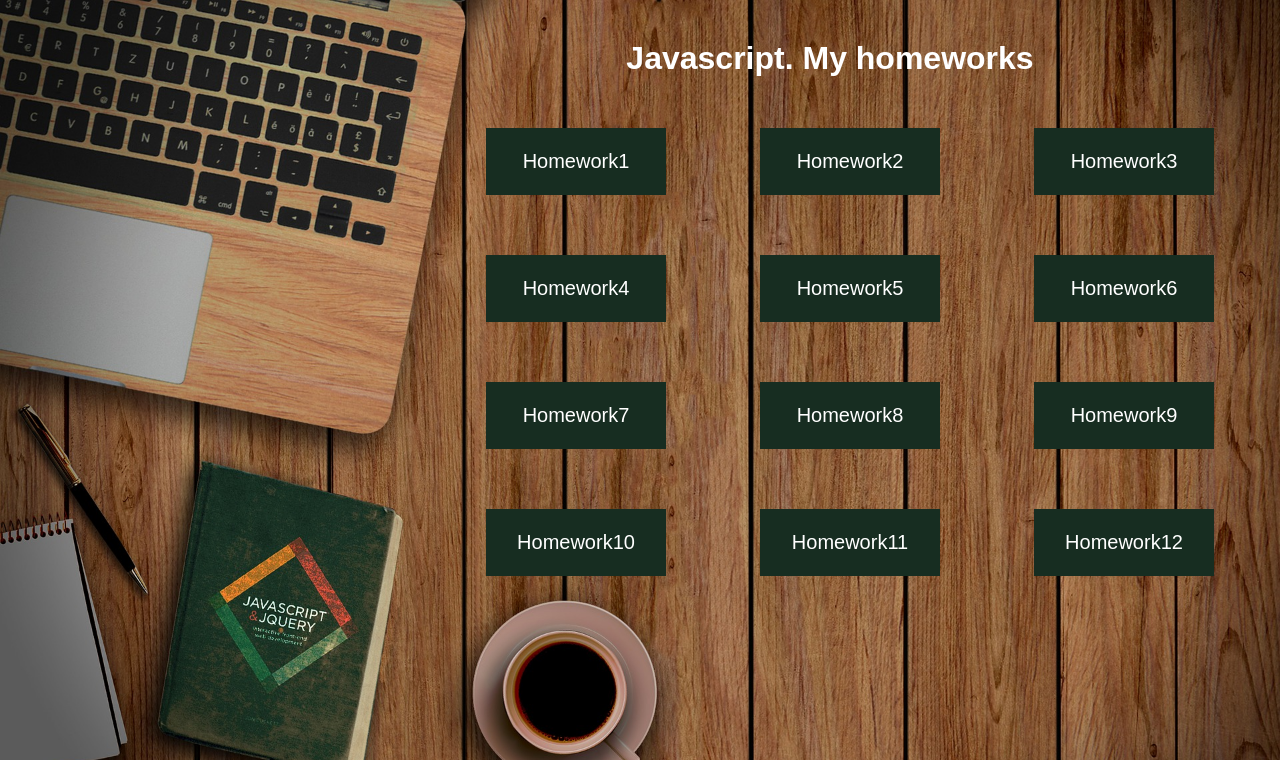
Repository: mariiastetsko/cursor-js-hw
Page: index.html
The author's editor kept a copy of each file at every save. The page is drawn from the files as they stood at one save, then again after a run of saves.
The browser window is 1280 px wide. The pictures show the whole page.

Above is the page before, as saved 2020-07-22 20:52:51.

After the next 3 saves:
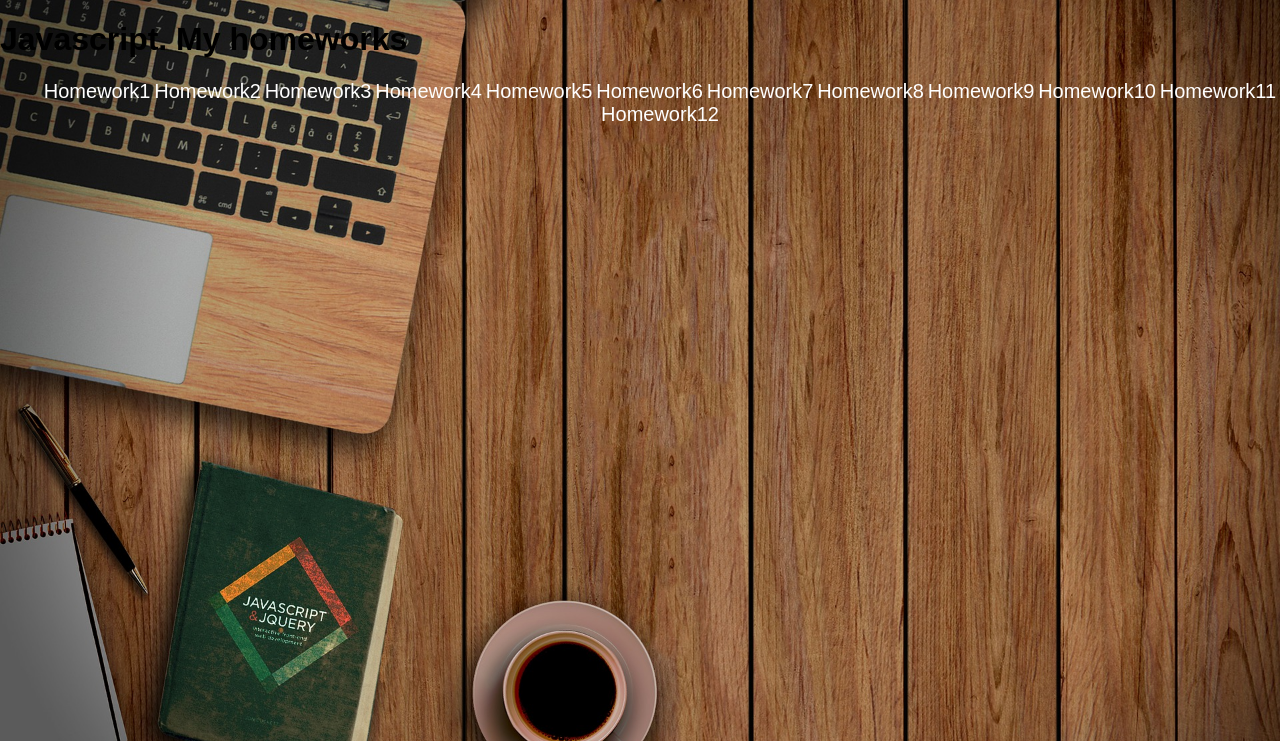
The 3 saves are shown as one change because they came seconds apart.
The last was saved 8 s later.
--- a/style.css
+++ b/style.css
@@ -27,16 +27,14 @@
     text-decoration: none;
     color: #FFF;
     font-size: 20px;
-    background: #172D21;
 
-}
+
 
 .hw {
     width: 180px;
     padding: 22px 0;
     margin: 30px 28px;
-    color: #FFF;
-    font-size: 20px;
+
     background: #172D21;
     box-shadow: 3px 60px 58px -29px rgba(0,0,0,0.73);
     transform: perspective(1px) translateZ(0);

After the 2 saves that followed:
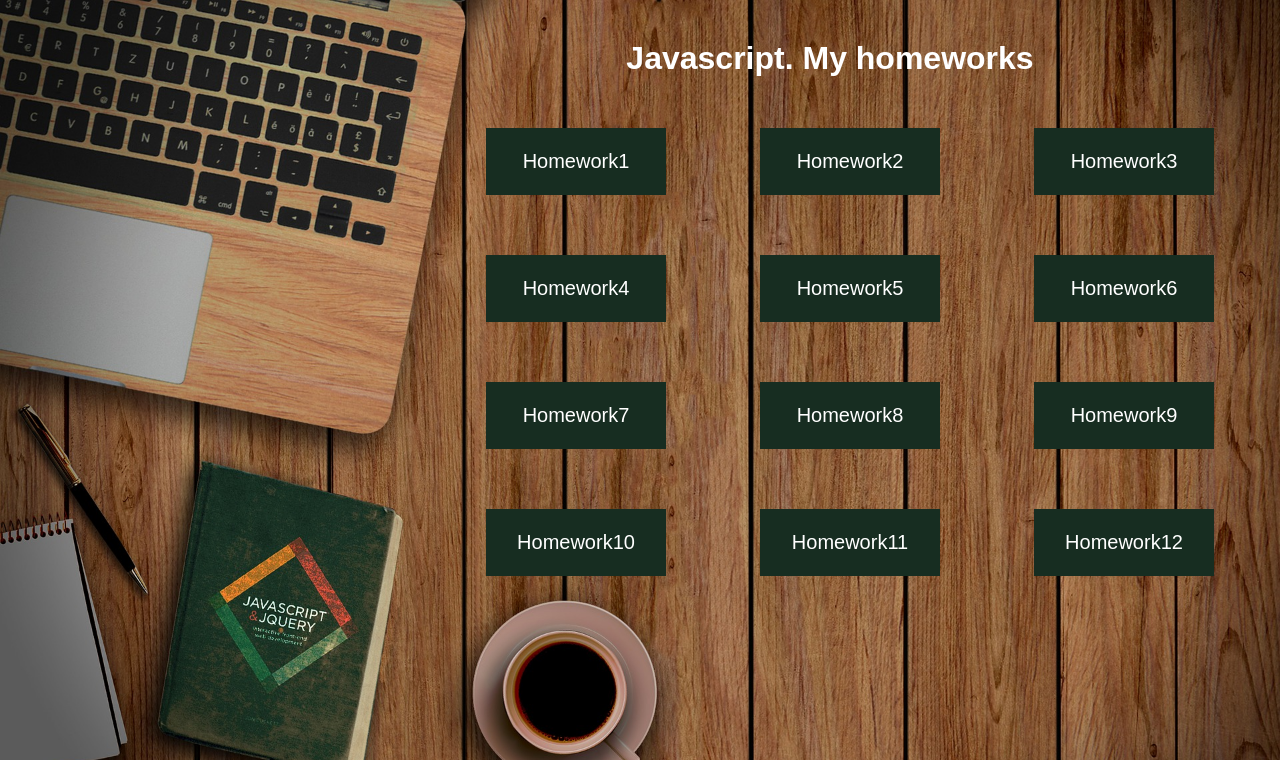
The 2 saves are shown as one change because they came seconds apart.
The last was saved 7 s later.
--- a/style.css
+++ b/style.css
@@ -27,8 +27,7 @@
     text-decoration: none;
     color: #FFF;
     font-size: 20px;
-
-
+}
 
 .hw {
     width: 180px;
